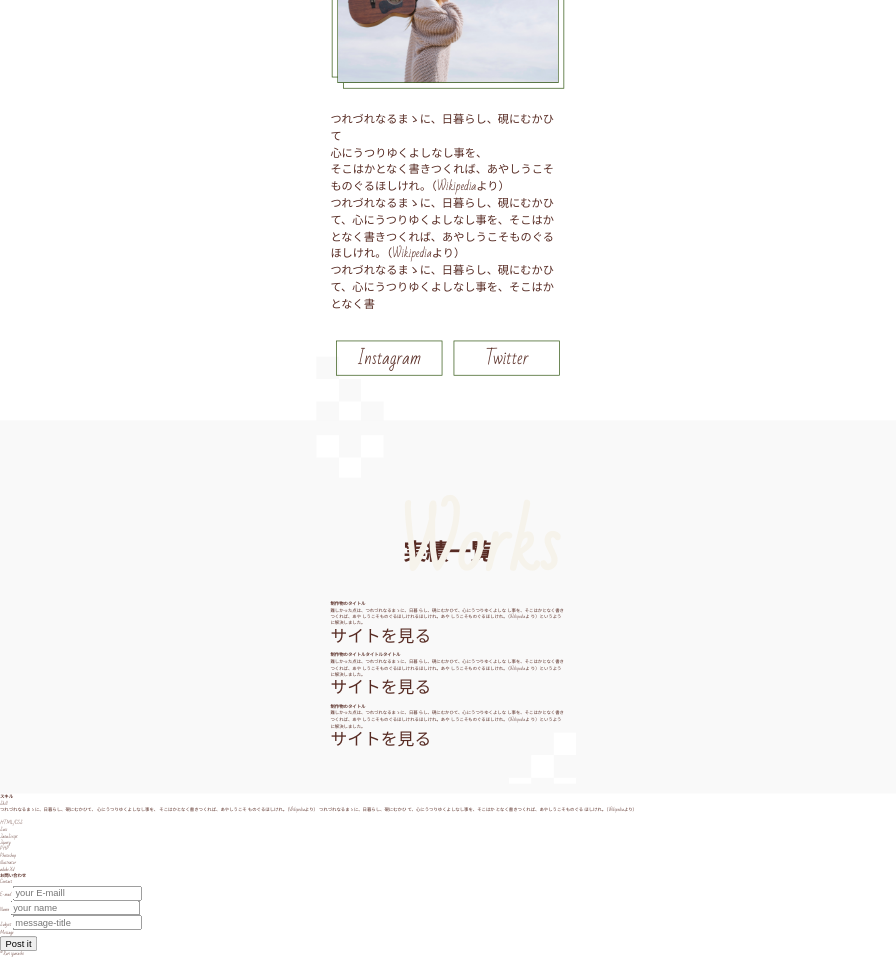
Repository: ppmp556/igarashi.kakuu
Page: index.html
These files come from the project's save history. The page is drawn as it stood at one moment and after the next save; the edit follows.
The browser window is 1280 px wide. The pictures show the part of the page from y = 1152 to 3072 px (the page is 2519 px tall before and 3072 px after), at 70% of full size.
Some web libraries are served in a nearby version. The style sheet was rebuilt from its Sass, Less or Tailwind sources for each picture, by a compiler version that may differ from the author's.

Above is the page before, as saved 2020-10-26 12:11:10.
Console error: TypeError: Cannot read properties of null (reading 'addEventListener')

### index.html
<!DOCTYPE html>
<html lang="ja">
    <head>
        <meta charset="UTF-8">
        <meta name="viewport" content="width=device-width, initial-scale=1.0, maximum-scale=1.0, minimum-scale=1.0">
        <link rel="stylesheet" href="faundation.css" type="text/css">
        <link rel="stylesheet" href="./css/style.css" type="text/css">
        <link href="https://use.fontawesome.com/releases/v5.6.1/css/all.css" rel="stylesheet">
        <link href="https://fonts.googleapis.com/css?family=Bad+Script" rel="stylesheet">
        <link href="https://fonts.googleapis.com/css?family=Sawarabi+Gothic" rel="stylesheet">
        <link rel="img" href="image">
        <title>架空LP</title>

    </head>
    <body>

        <div class="container">
            <header class="header">
                <h1 class="header_ttl">
                    <a href="index.html" class="header_link">My Portfolio</a><!-- /.header_link -->
                </h1><!-- /.header_ttl -->
                <nav class="nav">
                    <div class="nav_wrapper" id="nav_lists">
                        <!-- ハンバーガーメニュー部分 -->
                        <div class="toggle_btn" id="nav_toggler">
                            <span class="toggle_line __tg1"></span>
                            <span class="toggle_line __tg2"></span>
                            <span class="toggle_line __tg3"></span>
                        </div>
                        <!-- ハンバーガーメニューここまで -->
                    </div>
                    <ul class="nav_list flex">
                        <li class="nav_item">
                            <a href="#" class="nav_link">Profile<span class="nav_sp">プロフィール</a><!-- /.nav_link -->
                        </li><!-- /.nav_item -->
                        <li class="nav_item">
                            <a href="#" class="nav_link">Works<span class="nav_sp">実績一覧</a><!-- /.nav_link -->
                        </li><!-- /.nav_item -->
                        <li class="nav_item">
                            <a href="#" class="nav_link">Skill<span class="nav_sp">スキル</a><!-- /.nav_link -->
                        </li><!-- /.nav_item -->
                        <li class="nav_item">
                            <a href="#" class="nav_link">Contact<span class="nav_sp">お問い合わせ</a><!-- /.nav_link -->
                        </li><!-- /.nav_item -->
                    </ul><!-- /.nav_list -->
                </nav><!-- /.nav -->
            </header><!-- /.header -->
        </div><!-- /.container -->
        <div class="kv">
            <div class="kv_txtbox">
                <p class="kv_txt">I love this job from the bottom of my heart.</p><!-- /.kv_txt -->
                <p class="kv_txt __subtxt">私はこの仕事が大好きだ</p><!-- /.kv_txt -->
            </div><!-- /.kv_txtbox -->
            <div class="contact_box">
                <a href="#" class="contact_link">Contact</a><!-- /.contact_link -->
            </div><!-- /.contact_box -->
        </div><!-- /.kv -->
        <main>
            <div class="inner">

                <section class="prof" id="prof">
                    <div class="prof_inner">
                        <div class="section_ttlbox">
                            <h2 class="prof_ttl">プロフィール</h2><!-- /.prof_ttl -->
                            <!-- <span class="prof_sub">Profile</span> -->
                        </div><!-- /.section_ttlbox -->
                        <div class="prof_imgbox">
                            <img src="images/profile/profile.png" alt="#" class="prof_img">
                        </div><!-- /.prof_imgbox -->
                        <p class="prof_txt">
                            つれづれなるまゝに、日暮らし、硯にむかひ
                            て<br>
                            心にうつりゆくよしなし事を、<br>
                            そこはかとなく書きつくれば、あやしうこそ
                            ものぐるほしけれ。（Wikipediaより）<br>
                            つれづれなるまゝに、日暮らし、硯にむかひ
                            て、心にうつりゆくよしなし事を、そこはか
                            となく書きつくれば、あやしうこそものぐる
                            ほしけれ。（Wikipediaより）<br>
                            つれづれなるまゝに、日暮らし、硯にむかひ
                            て、心にうつりゆくよしなし事を、そこはか
                            となく書
                        </p><!-- /.prof_txt -->
                        <div class="section_btnbox flex">
                            <div class="site_btn">
                                <a href="#" class="site_link">Instagram</a>
                            </div><!-- /.site_btn -->
                            <div class="site_btn">
                                <a href="#" class="site_link">Twitter</a>
                            </div><!-- /.site_btn -->
                        </div><!-- /.section_btnbox -->
                    </div><!-- /.prof_inner -->
                </section><!-- /#prof.prof -->


                <section class="work" id="work">
                    <div class="work_inner">

                        <div class="section_ttlbox">
                            <h2 class="work_ttl">実績一覧</h2><!-- /.work_ttl -->
                            <!-- <span class="work_sub">Works</span> -->
                        </div><!-- /.section_ttlbox -->

                        <div class="work_imgbox">
                            <ul class="work_list">
                                <li class="work_item">
                                    <img src="" alt="" class="work_img">
                                    <h3 class="work_minttl ">制作物のタイトル</h3><!-- /.work_minttl -->
                                    <p class="work_txt">
                                        難しかった点は、つれづれなるまゝに、日暮
                                        らし、硯にむかひて、心にうつりゆくよしな
                                        し事を、そこはかとなく書きつくれば、あや
                                        しうこそものぐるほしけれるほしけれ。あや
                                        しうこそものぐるほしけれ。（Wikipediaよ
                                        り）というように解決しました。
                                    </p><!-- /.work_txt -->
                                    <div class="site_btn">
                                        <a href="#" class="site_link">サイトを見る</a>
                                    </div><!-- /.site_btn -->
                                </li><!-- /.work_item -->
                                <li class="work_item">
                                    <img src="" alt="" class="work_img">
                                    <h3 class="work_minttl">制作物のタイトルタイトルタイトル</h3><!-- /.work_minttl -->
                                    <p class="work_txt">
                                        難しかった点は、つれづれなるまゝに、日暮
                                        らし、硯にむかひて、心にうつりゆくよしな
                                        し事を、そこはかとなく書きつくれば、あや
                                        しうこそものぐるほしけれるほしけれ。あや
                                        しうこそものぐるほしけれ。（Wikipediaよ
                                        り）というように解決しました。
                                    </p><!-- /.work_txt -->
                                    <div class="site_btn">
                                        <a href="#" class="site_link">サイトを見る</a>
                                    </div><!-- /.site_btn -->
                                </li><!-- /.work_item -->
                                <li class="work_item">
                                    <img src="" alt="" class="work_img">
                                    <h3 class="work_minttl">制作物のタイトル</h3><!-- /.work_minttl -->
                                    <p class="work_txt">
                                        難しかった点は、つれづれなるまゝに、日暮
                                        らし、硯にむかひて、心にうつりゆくよしな
                                        し事を、そこはかとなく書きつくれば、あや
                                        しうこそものぐるほしけれるほしけれ。あや
                                        しうこそものぐるほしけれ。（Wikipediaよ
                                        り）というように解決しました。
                                    </p><!-- /.work_txt -->
                                    <div class="site_btn">
                                        <a href="#" class="site_link">サイトを見る</a>
                                    </div><!-- /.site_btn -->
                                </li><!-- /.work_item -->
                            </ul><!-- /.work_list -->
                        </div><!-- /.work_imgbox -->
                    </div><!-- /.work_inner -->
                </section><!-- /#work.work -->

                <section class="skii" id="skill">
                    <div class="section_ttlbox">
                        <h2 class="skill_ttl">スキル</h2><!-- /.skill_ttl -->
                        <span class="skill_sub">Skill</span>
                    </div><!-- /.section_ttlbox -->
                    <div class="skill_txtbox">
                        <p class="skill_txt">
                            つれづれなるまゝに、日暮らし、硯にむかひて、
                            心にうつりゆくよしなし事を、
                            そこはかとなく書きつくれば、あやしうこそ
                            ものぐるほしけれ。（Wikipediaより）
                            つれづれなるまゝに、日暮らし、硯にむかひ
                            て、心にうつりゆくよしなし事を、そこはか
                            となく書きつくれば、あやしうこそものぐる
                            ほしけれ。（Wikipediaより）
                        </p><!-- /.skill_txt -->
                    </div><!-- /.skill_txtbox -->
                    <div class="skill_listbox">
                        <div class="skill_imgbox">
                            <img src="" alt="" class="skill_img">
                        </div><!-- /.skill_imgbox -->
                        <ul class="skill_list">
                            <li class="skill_item">HTML/CSS</li><!-- /.skill_item -->
                            <li class="skill_item">Sass</li><!-- /.skill_item -->
                            <li class="skill_item">JavaScript</li><!-- /.skill_item -->
                            <li class="skill_item">Jquery</li><!-- /.skill_item -->
                            <li class="skill_item">PHP</li><!-- /.skill_item -->
                            <li class="skill_item">Photoshop</li><!-- /.skill_item -->
                            <li class="skill_item">illustrator</li><!-- /.skill_item -->
                            <li class="skill_item">adobe Xd</li><!-- /.skill_item -->
                        </ul><!-- /.skill_list -->
                    </div><!-- /.skill_listbox -->
                </section><!-- /#skill.skii -->

                <section class="contact" id="contact">
                    <div class="section_ttlbox">
                        <h2 class="contact_ttl">お問い合わせ</h2><!-- /.contact_ttl -->
                        <span class="contact_sub">Contact</span>
                    </div><!-- /.section_ttlbox -->
                    <form action="#" class="ly-form">
                        <div class="form ord1">
                            <div class="form2">

                                <label for="email" class="formTitle u-formTxt">E-mail</label>
                                <input type="email" class="formBox" name="your-E-mail" placeholder="your E-maill">
                            </div>
                        </div>
                        <div class="form ord2">
                            <div class="form2">
                                    <label for="name" class="formTitle u-formTxt">Name</label>
                                    <input type="text" class="formBox" name="your name" placeholder="your name">

                            </div>
                        </div>
                        <div class="form ord3">
                            <div class="form2">
                                <label for="subject" class="formTitle u-formTxt">Subject</label>
                                <input type="subject" class="formBox" name="message-title" placeholder="message-title">
                            </div>
                        </div>
                        <div class="form ord4">
                            <div class="form2">
                                <label for="message" class="formTitle u-formTxt">Message</label>
                                <textare name="contents" class="area" name="contents" placeholder="contents" rows="4" cols="40"></textare>
                            </div>
                        </div>
                        <div class="inputWrap btnhv u-send">
                            <input type="submit" value="Post it" class="sendBtn">
                        </div>
                    </form>
                </section><!-- /#contact.contact -->
            </div><!-- /.inner -->

        </main>


        <footer class="footer">
            <div class="footer_sharbox">
                <ul class="footer_sharalist">
                    <li class="footer_item"></li><!-- /.footer_item -->
                    <li class="footer_item"></li><!-- /.footer_item -->
                    <li class="footer_item"></li><!-- /.footer_item -->
                </ul><!-- /.footer_sharalist -->
            </div><!-- /.footer_sharbox -->
            <small class="footer_txt">&copy; Ruri igarashi</small>
        </footer><!-- /.footer -->


        <script type="text/javascript" src="menu.js"></script>
        <script src="https://code.jquery.com/jquery-3.4.1.js" integrity="sha256-WpOohJOqMqqyKL9FccASB9O0KwACQJpFTUBLTYOVvVU=" crossorigin="anonymous"></script>

    </body>
</html>

### faundation.css

html,
body,
div,
span,
object,
iframe,
h1,
h2,
h3,
h4,
h5,
h6,
p,
blockquote,
pre,
abbr,
address,
cite,
code,
del,
dfn,
em,
img,
ins,
kbd,
q,
samp,
small,
strong,
sub,
sup,
var,
b,
i,
dl,
dt,
dd,
ol,
ul,
li,
fieldset,
form,
label,
legend,
table,
caption,
tbody,
tfoot,
thead,
tr,
th,
td,
article,
aside,
canvas,
details,
figcaption,
figure,
footer,
header,
hgroup,
menu,
nav,
section,
summary,
time,
mark,
audio,
video {
  margin: 0;
  padding: 0;
  border: 0;
  outline: 0;
  font-size: 100%;
  vertical-align: baseline;
  background: transparent;
}

body {
  line-height: 1.5;
}

article,
aside,
details,
figcaption,
figure,
footer,
header,
hgroup,
menu,
nav,
section {
  display: block;
}

ul,
ol {
  list-style: none;
}

table {
  border-collapse: collapse;
  border-spacing: 0;
}

a {
  color: inherit;
  text-decoration: none;
}

img {
  width: 100%;
  max-width: 100%;
  height: auto;
  vertical-align: bottom;
}

Loaded but not shown: menu.js (26 lines, source omitted); scss/style.scss (787 lines, source omitted)

After the next save:
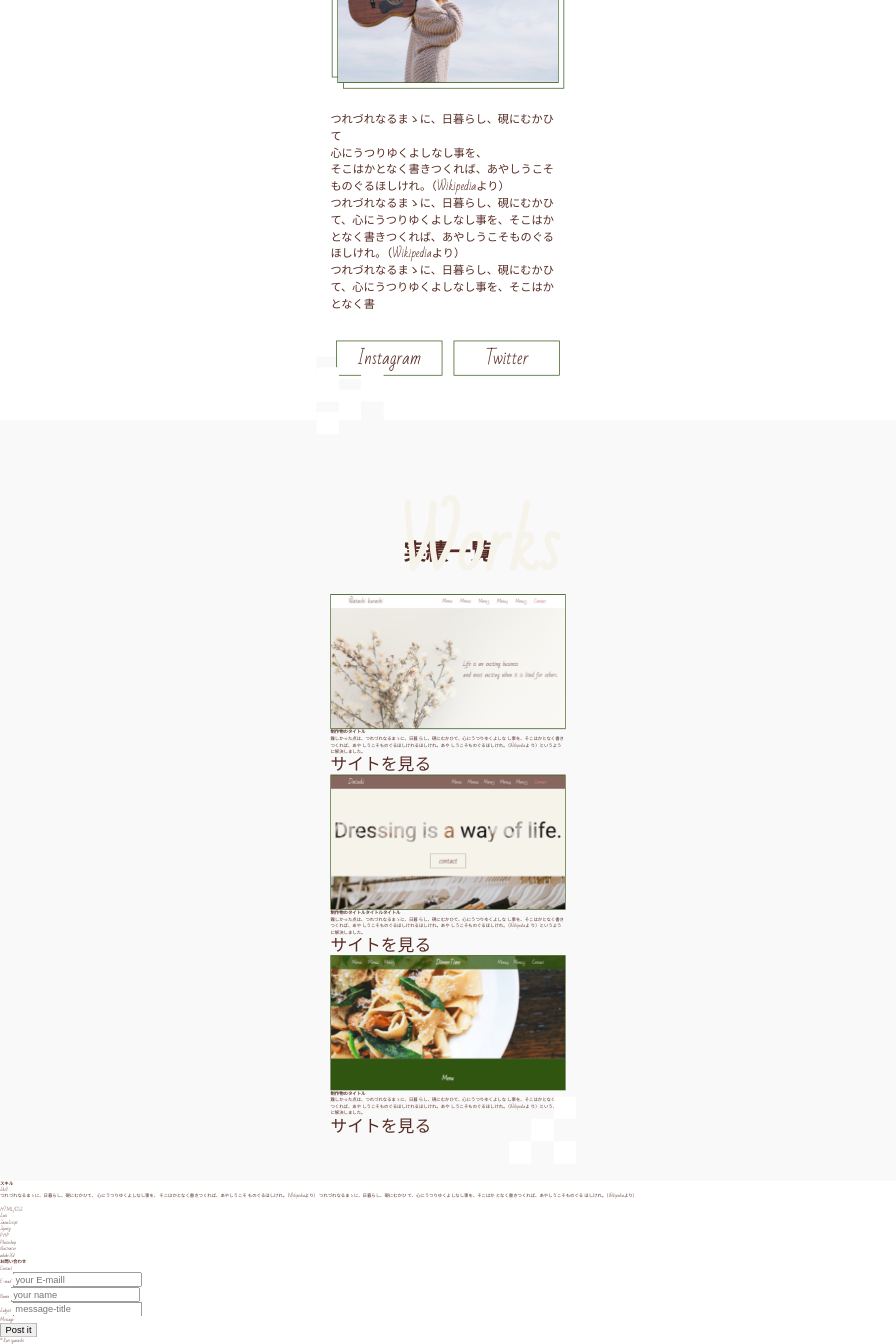
Saved 112 s later.
--- a/index.html
+++ b/index.html
@@ -104,7 +104,7 @@
                         <div class="work_imgbox">
                             <ul class="work_list">
                                 <li class="work_item">
-                                    <img src="" alt="" class="work_img">
+                                    <img src="images/work1/work1.png" alt="" class="work_img">
                                     <h3 class="work_minttl ">制作物のタイトル</h3><!-- /.work_minttl -->
                                     <p class="work_txt">
                                         難しかった点は、つれづれなるまゝに、日暮
@@ -119,7 +119,7 @@
                                     </div><!-- /.site_btn -->
                                 </li><!-- /.work_item -->
                                 <li class="work_item">
-                                    <img src="" alt="" class="work_img">
+                                    <img src="images/work2/work2.png" alt="" class="work_img">
                                     <h3 class="work_minttl">制作物のタイトルタイトルタイトル</h3><!-- /.work_minttl -->
                                     <p class="work_txt">
                                         難しかった点は、つれづれなるまゝに、日暮
@@ -134,7 +134,7 @@
                                     </div><!-- /.site_btn -->
                                 </li><!-- /.work_item -->
                                 <li class="work_item">
-                                    <img src="" alt="" class="work_img">
+                                    <img src="images/work3/work3.png" alt="" class="work_img">
                                     <h3 class="work_minttl">制作物のタイトル</h3><!-- /.work_minttl -->
                                     <p class="work_txt">
                                         難しかった点は、つれづれなるまゝに、日暮
